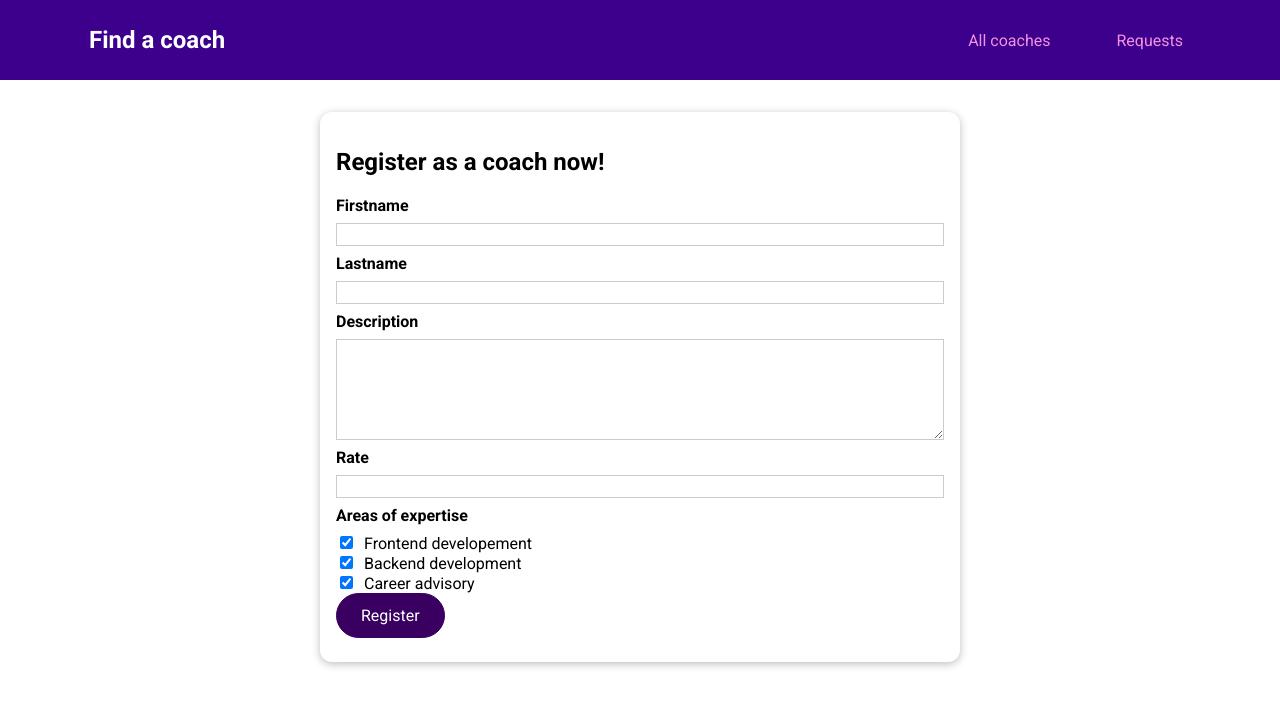
Repository: DaveBaulch/vue-course-find-a-coach
Page: /register
These files come from the project's save history. The page is drawn as it stood at one moment and after a run of saves; the edit follows.
The browser window is 1280 px wide. The pictures show the whole page.
The project was rebuilt for these pictures with package versions that can differ from the ones it lists, and the page was loaded fresh each time. Also part of the build but not shown: src/pages/coaches/CoachDetail.vue, src/components/coaches/CoachItem.vue, src/components/coaches/CoachFilter.vue, src/pages/coaches/CoachesList.vue, src/pages/requests/ContactCoach.vue, src/pages/requests/RequestsReceived.vue, src/components/ui/BaseBadge.vue. Imported but missing from the stored project, and not drawn on this page: src/pages/NotFound.vue.

Above is the page before, as saved 2021-01-24 10:08:02.

After the next 4 saves:
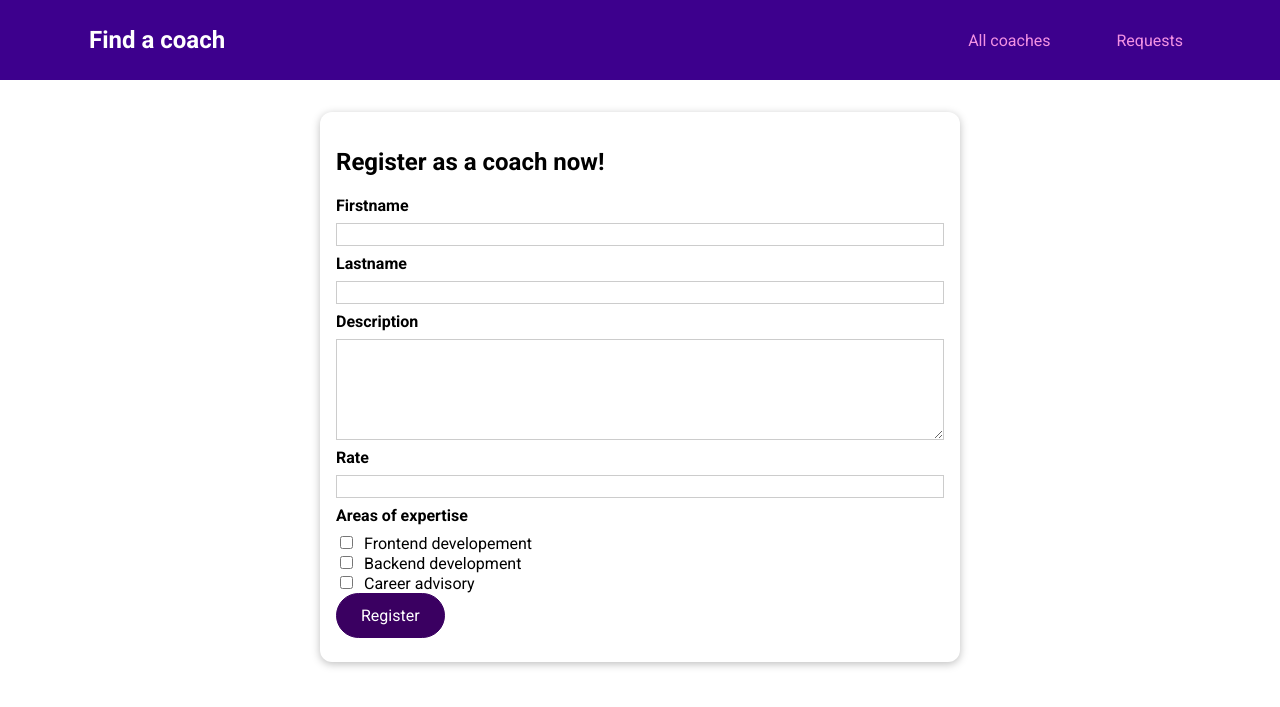
The 4 saves are shown as one change because they came seconds apart.
The last was saved 9 s later.
--- a/src/components/coaches/CoachForm.vue
+++ b/src/components/coaches/CoachForm.vue
@@ -23,15 +23,15 @@
     <div class="form-control">
       <h3>Areas of expertise</h3>
       <div>
-        <input type="checkbox" id="frontend" value="frontend" v-model="areas" />
+        <input type="checkbox" id="frontend" value="frontend" v-model="areas.val" />
         <label for="frontend">Frontend developement</label>
       </div>
       <div>
-        <input type="checkbox" id="backend" value="backend" v-model="areas" />
+        <input type="checkbox" id="backend" value="backend" v-model="areas.val" />
         <label for="backend">Backend development</label>
       </div>
       <div>
-        <input type="checkbox" id="career" value="career" v-model="areas" />
+        <input type="checkbox" id="career" value="career" v-model="areas.val" />
         <label for="career">Career advisory</label>
       </div>
 
